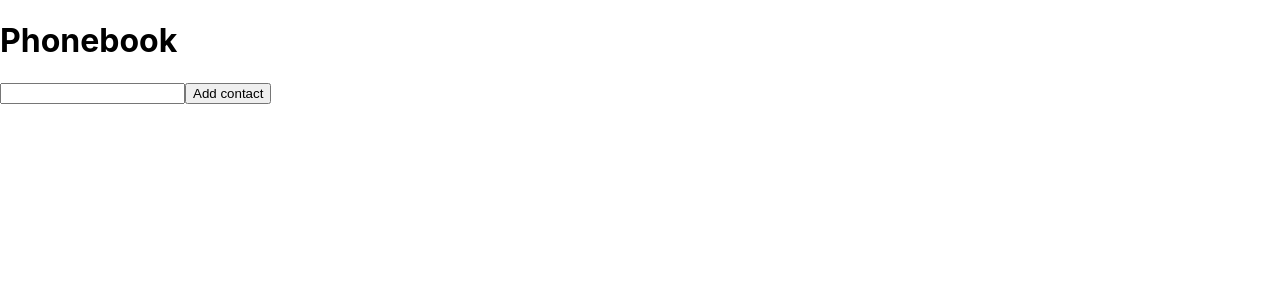
Repository: alexshlikhta/goit-react-hw-02-phonebook
Page: /
An editor plug-in stored every save of this project. The page is shown before and after a run of saves, followed by the edit.
The browser window is 1280 px wide. The pictures show the whole page.
The project was rebuilt for these pictures with package versions that can differ from the ones it lists, and the page was loaded fresh each time. Also part of the build but not shown: src/App.css.

Above is the page before, as saved 2021-12-07 21:31:42.

### src/App.js
import './App.css';
import { react, Component } from 'react';
export default class App extends Component {
	state = {
		contacts: [],
		name: '',
	};

	inputValue = '';

	handleChange = (e) => {
		this.inputValue = e.target.value;
	};

	render() {
		return (
			<>
				<h1>Phonebook</h1>

				<form>
					<input
						type='text'
						name='name'
						pattern="^[a-zA-Zа-яА-Я]+(([' -][a-zA-Zа-яА-Я ])?[a-zA-Zа-яА-Я]*)*$"
						title="Name may contain only letters, apostrophe, dash and spaces. For example Adrian, Jacob Mercer, Charles de Batz de Castelmore d'Artagnan"
						required
						value={this.inputValue}
						onChange={this.handleChange}
					/>

					<button type='submit'>Add contact</button>
        </form>

        <ul>

        </ul>
			</>
		);
	}
}

Loaded but not shown: public/index.html (common file); src/index.js (common file); src/index.css (common file); src/reportWebVitals.js (common file)

After the next 6 saves:
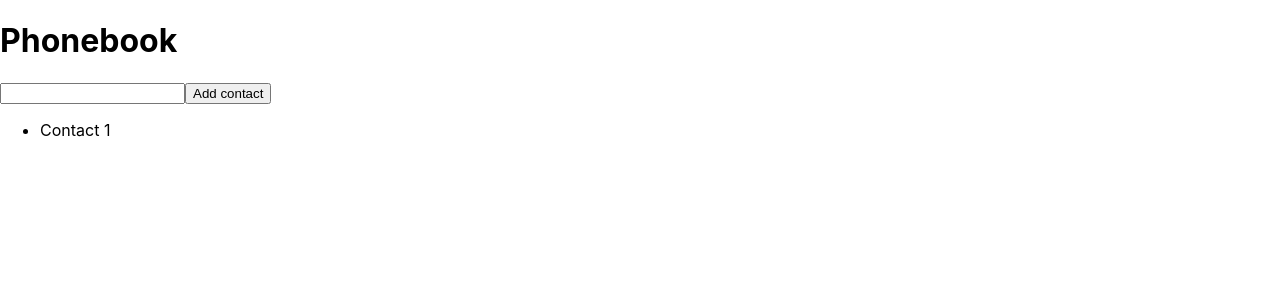
The 6 saves are shown as one change because they came seconds apart.
The last was saved 23 s later.
--- a/src/App.js
+++ b/src/App.js
@@ -29,11 +29,11 @@ export default class App extends Component {
 					/>
 
 					<button type='submit'>Add contact</button>
-        </form>
+				</form>
 
-        <ul>
-
-        </ul>
+				<ul>
+					<li>Contact 1</li>
+				</ul>
 			</>
 		);
 	}
